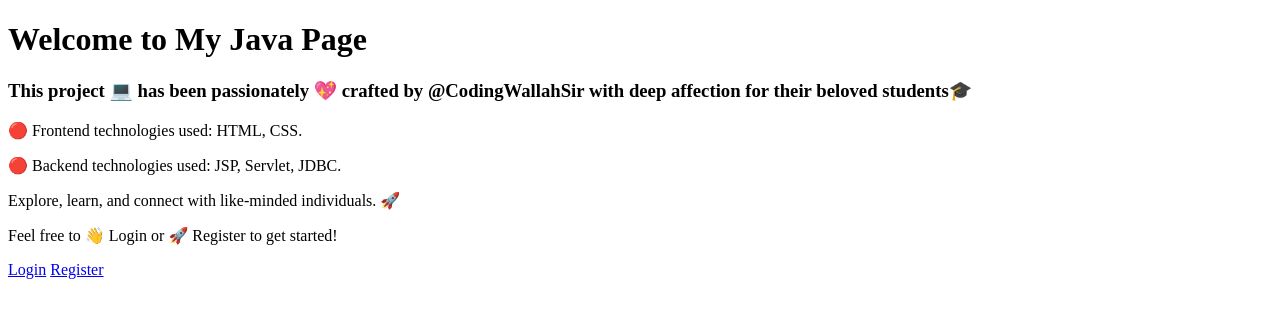
Repository: abhishekkumar013/Java-Code
Page: Login-Register/src/main/webapp/index.html
The author's editor kept a copy of each file at every save. The page is drawn from the files as they stood at one save, then again after the next save.
The browser window is 1280 px wide. The pictures show the whole page.

Above is the page before, as saved 2024-07-05 01:44:37.

### Login-Register/src/main/webapp/index.html
<!DOCTYPE html>
<html>
<head>
<meta charset="UTF-8">
<title>Abhishek Kumar</title>
</head>
<body>
<div class="container">
    <h1>Welcome to My Java Page</h1>
    <h3>This project 💻 has been passionately 💖 crafted by @CodingWallahSir with deep affection for their beloved students🎓</h3>
    <p>🔴 Frontend technologies used: HTML, CSS.</p>
    <p>🔴 Backend technologies used: JSP, Servlet, JDBC.</p>
    <p>Explore, learn, and connect with like-minded individuals. 🚀</p>
    <p>Feel free to <span class="emoji">👋</span> Login or <span class="emoji">🚀</span> Register to get started!</p>
    <div class="links">
        <a href="login.jsp">Login</a>
        <a href="register.jsp">Register</a>
    </div>
</div>
</body>
</html>

After the next save:
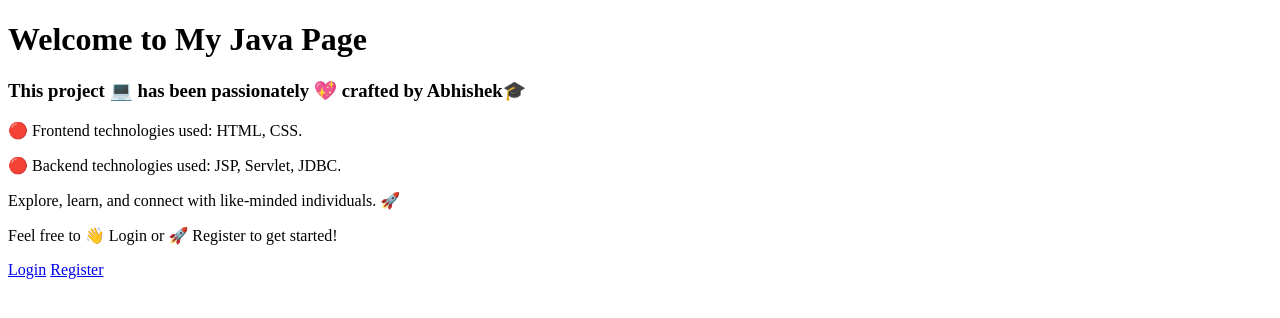
Saved 16 s later.
--- a/Login-Register/src/main/webapp/index.html
+++ b/Login-Register/src/main/webapp/index.html
@@ -7,7 +7,7 @@
 <body>
 <div class="container">
     <h1>Welcome to My Java Page</h1>
-    <h3>This project 💻 has been passionately 💖 crafted by @CodingWallahSir with deep affection for their beloved students🎓</h3>
+    <h3>This project 💻 has been passionately 💖 crafted by Abhishek🎓</h3>
     <p>🔴 Frontend technologies used: HTML, CSS.</p>
     <p>🔴 Backend technologies used: JSP, Servlet, JDBC.</p>
     <p>Explore, learn, and connect with like-minded individuals. 🚀</p>
